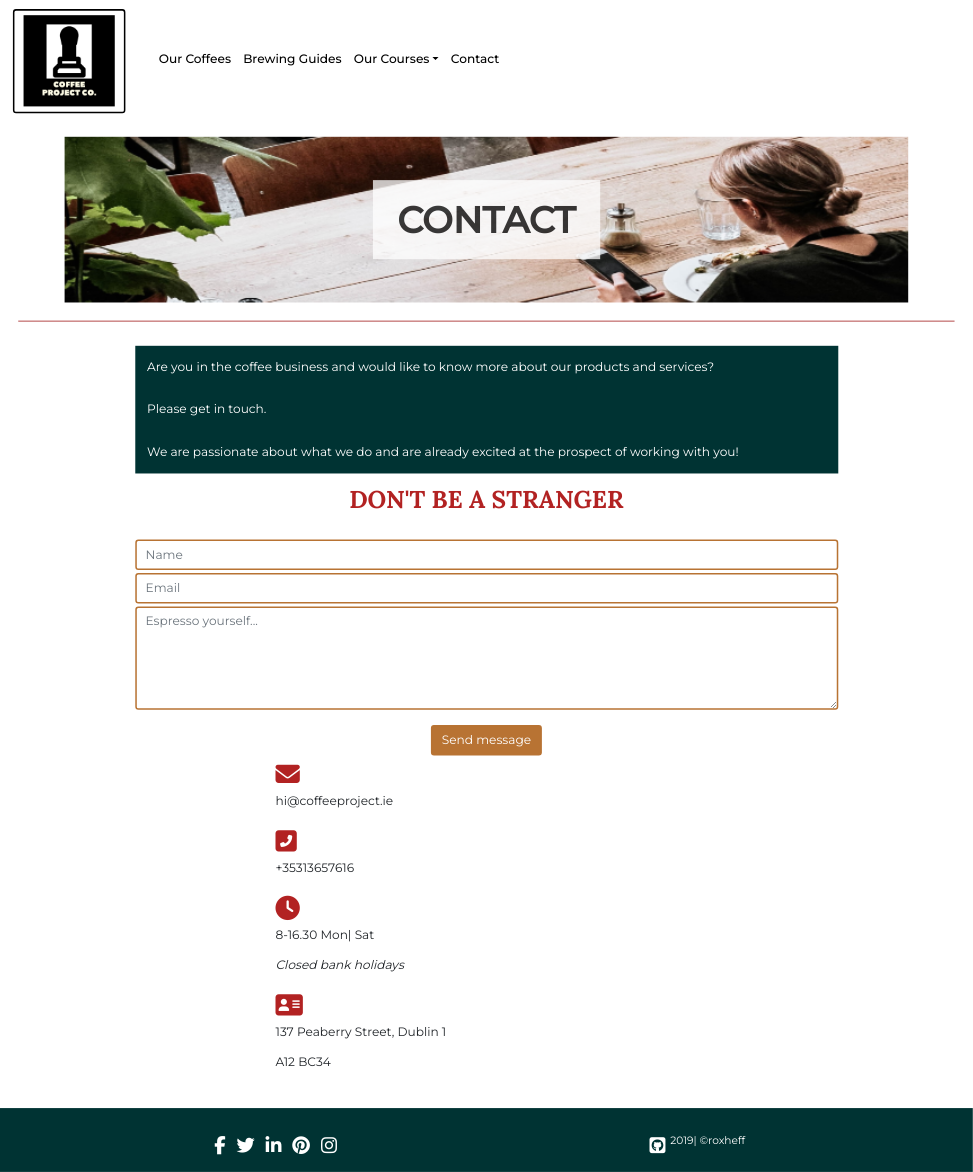
Repository: roxanahefferon/M1
Page: contact.html
The author's editor kept a record of every edit. The page is drawn from the files as they stood at one moment, then again after the next edit.
The browser window is 1280 px wide. The pictures show the whole page, at 76% of full size.
Some web libraries are served in a nearby version.

Above is the page before.

### contact.html
<!DOCTYPE html>
<html lang="en">

<head>
    <meta charset="UTF-8">
    <meta name="viewport" content="width=device-width, initial-scale=1.0">
    <meta http-equiv="X-UA-Compatible" content="ie=edge">
    <link rel="stylesheet" href="https://maxcdn.bootstrapcdn.com/bootstrap/4.0.0/css/bootstrap.min.css" integrity="sha384-Gn5384xqQ1aoWXA+058RXPxPg6fy4IWvTNh0E263XmFcJlSAwiGgFAW/dAiS6JXm" crossorigin="anonymous">
    <script src="https://kit.fontawesome.com/877201db70.js" crossorigin="anonymous"></script>
    <link rel="stylesheet" href="assets/css/style.css" type="text/css" />
    <title>Coffee Project Co.</title>
</head>

<body>

    <header>

        <!-- navbar -->

        <nav class="navbar navbar-expand-sm navbar-light fixed-top"> <a class="navbar-brand" href="index.html"> <img src="./assets/images/coffee-project-logo.png" width="120" alt="coffeeproyect-logo"></a>
            <button class="navbar-toggler" type="button" data-toggle="collapse" data-target="#collapsibleNavbar">
    <span class="navbar-toggler-icon"></span>
  </button>
            <div class="collapse navbar-collapse " id="collapsibleNavbar">
                <ul class="navbar-nav">
                    <li class="nav-item">
                        <a class="nav-link" href="coffees.html">Our Coffees</a>
                    </li>
                    <li class="nav-item">
                        <a class="nav-link" href="brewing.html">Brewing Guides</a>
                    </li>
                    <li class="nav-item dropdown">
                        <a class="nav-link dropdown-toggle" href="#" id="navbardrop" data-toggle="dropdown">Our Courses</a>
                        <div class="dropdown-menu">
                            <a class="dropdown-item" href="intro.html">Intro to coffee</a>
                            <a class="dropdown-item" href="barista-sca.html">Barista SCA</a>
                            <a class="dropdown-item" href="brewing-sca.html">Brewing SCA</a>
                        </div>
                    </li>
                    <li class="nav-item">
                        <a class="nav-link" href="contact.html">Contact</a>
                    </li>
                </ul>
            </div>
        </nav>

    </header>

    <!-- heading -->

    <div class="container main-container">
        <div class="container headers-landing">
            <div class="row">
                <div class="col">
                    <img src="./assets/images/contact-us.jpg" alt="woman holding mobile phone image" width=100% height=auto>
                    <p class="ph-landing">Contact</p>
                </div>
            </div>
        </div>
    </div>
    <hr class="section-divider">

    <!-- heading text -->

    <div class="container">
        <div class="row no-gutters">
            <div class="col-10 offset-1 contact-form">
                <p>Are you in the coffee business and would like to know more about our products and services?</p>
                <p>Please get in touch.</p>
                <p>We are passionate about what we do and are already excited at the prospect of working with you!</p>
            </div>
        </div>
    </div>

    <!-- form -->

    <div class="container">
        <div class="row no-gutters">
            <div class="col-10 offset-1">
                <h2 class="text-center form-heading uppercase">Don't be a stranger</h2>
                <form>
                    <input type="text" name="name" id="fullname" class="form-control" placeholder="Name" required />
                    <input type="email" name="email" id="emailaddress" class="form-control" placeholder="Email" required />
                    <textarea rows="5" name="message" id="message" class="form-control" placeholder="Espresso yourself..." required></textarea>
                    <div class="text-center">
                        <div class="col">
                            <button type="submit" class="btn my-button my-border">Send message</button>
                        </div>
                    </div>
                </form>
            </div>
        </div>
    </div>

    <!-- contact us -->

    <div class="container">
        <div class="row no-gutters">
            <div class="col-6 offset-3">
                <i class="fas fa-envelope fa-2x"></i>
                <p>hi@coffeeproject.ie</p>
                <i class="fas fa-phone-square-alt fa-2x"></i>
                <p>+35313657616</p>
                <i class="fas fa-clock fa-2x"></i>
                <p>8-16.30 Mon| Sat </p>
                <p><em>Closed bank holidays</em></p>
                <i class="fas fa-address-card fa-2x"></i>
                <p>137 Peaberry Street, Dublin 1</p>
                <p>A12 BC34</p>
            </div>
        </div>
    </div>

    <!-- footer -->

    <footer>
        <div class="footer">
            <div class="container">
                <div class="row no-gutters">
                    <div class="col-6 media d-inline-flex justify-content-center">
                        <ul class="list-inline">
                            <li class="list-inline-item footer-inline">
                                <a href="https://www.facebook.com/" target="_blank">
<i class="fab fa-facebook-f" aria-hidden="true"></i>
<span class="sr-only">Facebook</span>
</a>
                            </li>
                            <li class="list-inline-item footer-inline">
                                <a href="https://twitter.com/" target="_blank">
<i class="fab fa-twitter" aria-hidden="true"></i>
<span class="sr-only">Twitter</span></a>
                            </li>
                            <li class="list-inline-item footer-inline">
                                <a href="https://www.linkedin.com" target="_blank">
<i class="fab fa-linkedin-in" aria-hidden="true"></i>
<span class="sr-only">LinkedIn</span>
</a>
                            </li>
                            <li class="list-inline-item footer-inline">
                                <a href="https://www.pinterest.com/" target="_blank">
<i class="fab fa-pinterest" aria-hidden="true"></i>
<span class="sr-only">Pinterest</span>
</a>
                            </li>
                            <li class="list-inline-item footer-inline">
                                <a href="https://www.instagram.com/" target="_blank">
<i class="fab fa-instagram" aria-hidden="true"></i>
<span class="sr-only">Instagram</span>
</a>
                            </li>
                        </ul>
                    </div>
                    <div class="col-6 my-info d-inline-flex justify-content-center">
                        <a href="https://github.com/roxanahefferon" target="_blank"><i class="fab fa-github-square" aria-hidden="true"></i></a>
                        <span class="sr-only">Github</span><span>&nbsp;</span>
                        <p>2019| ©roxheff</p>
                    </div>
                </div>
            </div>
        </div>
    </footer>

    <script src="https://code.jquery.com/jquery-3.2.1.slim.min.js" integrity="sha384-KJ3o2DKtIkvYIK3UENzmM7KCkRr/rE9/Qpg6aAZGJwFDMVNA/GpGFF93hXpG5KkN" crossorigin="anonymous"></script>
    <script src="https://cdnjs.cloudflare.com/ajax/libs/popper.js/1.12.9/umd/popper.min.js" integrity="sha384-ApNbgh9B+Y1QKtv3Rn7W3mgPxhU9K/ScQsAP7hUibX39j7fakFPskvXusvfa0b4Q" crossorigin="anonymous"></script>
    <script src="https://maxcdn.bootstrapcdn.com/bootstrap/4.0.0/js/bootstrap.min.js" integrity="sha384-JZR6Spejh4U02d8jOt6vLEHfe/JQGiRRSQQxSfFWpi1MquVdAyjUar5+76PVCmYl" crossorigin="anonymous"></script>
</body>

</html>

### assets/css/style.css
@import url('https://fonts.googleapis.com/css?family=Lora:100,200,300,400,500,600,700|Montserrat:100,200,300,400,500&display=swap');

body {
    margin: 0;
    padding: 0;
    font-family: "Montserrat", sans-serif;
}

/* all pages */

.main-container {
    margin-top: 180px;
    padding: 0;
}

.section-divider {
    background-color: #b22222;
    margin: 1.5rem;
}

.uppercase {
    text-transform: uppercase;
}

/* buttons */

.my-button {
    margin-top: 1rem;
    background-color: #b87333;
    color: #fff;
}

.my-button:hover {
    background-color: #333333;
    color: #fff;
    border: 2px solid #333333;

}

/* borders */

.my-border {
    border: 2px solid #b87333;
    border-radius: 0.25rem;
}

/* headers */

.headers-landing {
    position: relative;
    text-align: center;
}

.ph-landing {
    position: absolute;
    top: 50%;
    left: 50%;
    transform: translate(-50%, -50%);
    padding: 1rem 2rem;
    color: #000;
    background-color: #fff;
    opacity: 0.75;
    text-transform: uppercase;
    font-weight: bold;
    font-size: 1rem;
}

/* all forms */

.form-heading {
    color: #b22222;
    font-family: "Lora", sans-serif;
    font-weight: bolder;
    text-transform: uppercase;
    margin-bottom: 2rem;
}

input[type=text],
input[type=email],
.form-control {
    color: #495057;
    border: 2px solid #b87333;
    border-radius: 0.25rem;
    width: 100%;
    margin-bottom: 0.25rem;
}

/* navbar */

.navbar-brand {
    margin-left: 0.05rem;
    margin-top: 0.25rem;
    border: solid 2px;
    border-color: #000;
    border-radius: 0.25rem;
    padding: .40rem .75rem;
}

.navbar-light {
    background-color: #fff;
}

.navbar fixed-top {
    position: fixed !important;
}

.navbar-brand:hover {
    border-color: #b87333;
}

.navbar .navbar-toggler {
    border: solid 2px;
    border-color: #000;
}

.navbar .navbar-toggler:hover {
    border-color: #b87333;
}

.dropdown a {
    font-weight: 500;
}

.navbar-nav a {
    font-weight: 500;
}

.dropdown-menu {
    border: solid 2px;
    color: #003333;
}

.dropdown-menu:hover {
    color: #b87333;
}

.navbar-collapse {
    margin-left: 20px;
}

.nav-item a {
    color: #000;
}

.navbar-light .navbar-nav .nav-link {
    color: #000;
}

.bgblack {
    background-color: #000;
    padding: 0;
}

/* jumbotron hero image */

.landing-container {
    background-image: url("https://i.imgur.com/kNQRjOg.png");
    background-position: center;
    background-repeat: no-repeat;
    background-size: cover;
    position: relative;
    -webkit-background-size: cover;
    -moz-background-size: cover;
    -o-background-size: cover;
    display: flex;
    align-items: center;
    justify-content: center;
}

h1 {
    color: #fff;
    text-align: center;
}

.jumbotron {
    background-color: rgba(0, 0, 0, 0.75);
}

.jumbotron p {
    color: #fff;
    font-size: 1rem;
    text-align: center;
}

.badge-light {
    background-color: #b22222;
    border: none;
    color: #fff;
    font-size: 1.5rem;
    margin-left: 0.25rem;
}

.badge-light:hover {
    background-color: #333333;
    border: none;
    color: #000;
}

.quote-landing {
    color: #b87333;
    text-align: center;
    font-family: "Lora", sans-serif;
    font-weight: 500;
    font-size: 1.2rem;
    margin-top: 1rem;
    padding: 5px;
}

.quote {
    margin-top: 1rem;
    margin-bottom: 1rem;
}

.quote i {
    color: #b22222;
    font-size: 2rem;
}

/* about us */

.about {
    color: #fff;
    font-weight: lighter;
    margin-bottom: 0.5rem;
    padding: 0.5rem 0;
    border-radius: 0.25rem;
}

.about p {
    margin: 1rem;
    text-align: center;
}

/* our-coffees-landing */

.our-coffees-landing {
    margin-top: 2rem;
    padding: 0;
}

.our-coffees-img {
    padding: 0;
    width: 100%;
    height: auto;
}

/* coffee-single */

.checked {
  color: #b22222;
}

.coffee-rating {
    margin-bottom: 0;
}

.inline-stars {
    padding-right: 3rem;
}

/* landing cards */

.card-header {
    background-color: #fff;
    color: #b87333;
    text-align: center;
}

.card-body {
    background-color: #fff;
}

.card-text {
    color: #333333;
    font-weight: lighter;
}

/* landing sca courses */

.sca-section {
    margin-top: 20px;
}

.sca-img {
    padding: 0;
    border: 2px solid;
    border-radius: 0.25rem;
}

/* brewing.html */

.brew-cards {
    background-color: #fff;
    border: 2px solid #b87333;
    border-radius: 0.25rem;
}

.brew-cards:hover {
    background-color: #fff;
    border: 2px solid #003333;
}

.brew-cards a {
    color: #000;
    text-decoration: none;
    background-color: #fff;
}

.brew-cards a:hover {
    font-size: 20px;
    font-weight: bold;
    color: #003333;
}

/* intro.html */

.sca-content {
    margin: 2rem;
    padding: 1rem;
}

/* quotes */

.media-quotes img{

}

/* footer */

.footer {
    background-color: #003333;
    color: #fff;
    font-size: 0.5rem;
    font-family: "Montserrat", sans-serif;
    margin-top: 2rem;
    padding-top: 2rem;
}

.fab {
    color: #fff;
    font-size: 14px;
}

.fab:hover {
    font-size: x-large;
}

.my-info p {
    font-size: 14px;
}

/* brewing guides (all .htmls) */

.brewing-container {
    padding: 1rem;
    background-color: #333333;
    color: #fff;
    border: 1px solid #669966;
    border-radius: 0.25rem;
}

.brewing-container h2 {
    font-family: "Lora", sans-serif;
}

.brewing-download {
    padding-top: 0.5rem;
    font-weight: bold;
    text-align: center;
}

.brewing-download a {
    text-decoration: none;
    color: #b22222;
}

/* contact.html */

.contact-us {
    margin-top: 2rem;
    padding: 0;
    background-color: #333333;
    color: #fff;
}

.contact-form {
    background-color: #003333;
    color: #fff;
    margin-top: 0.5rem;
    margin-bottom: 1rem;
    padding: 0;
}

.contact-form p {
    padding: 1rem;
    margin-bottom: 0;
}

.fas {
    color: #b22222;
    margin: 0.5rem 0;
}

/* media queries */

@media (min-width: 768px) {
    .quote-landing {
        font-size: 2.5rem;
    }
}

@media (min-width: 768px) {
    .footer {
        font-size: 1.5rem;
    }
    .fab {
        font-size: 1.5rem;
    }
    .ph-landing {
        font-size: 3rem;
    }
}

@media (max-width: 576px) {
    .carousel-inner img {
        width: 334px;
        height: 229px;
    }
    .navbar-brand img {
        max-height: 80px;
        max-width: 80px;
    }
    .main-container {
        margin-top: 140px;
    }
}

After the next edit:
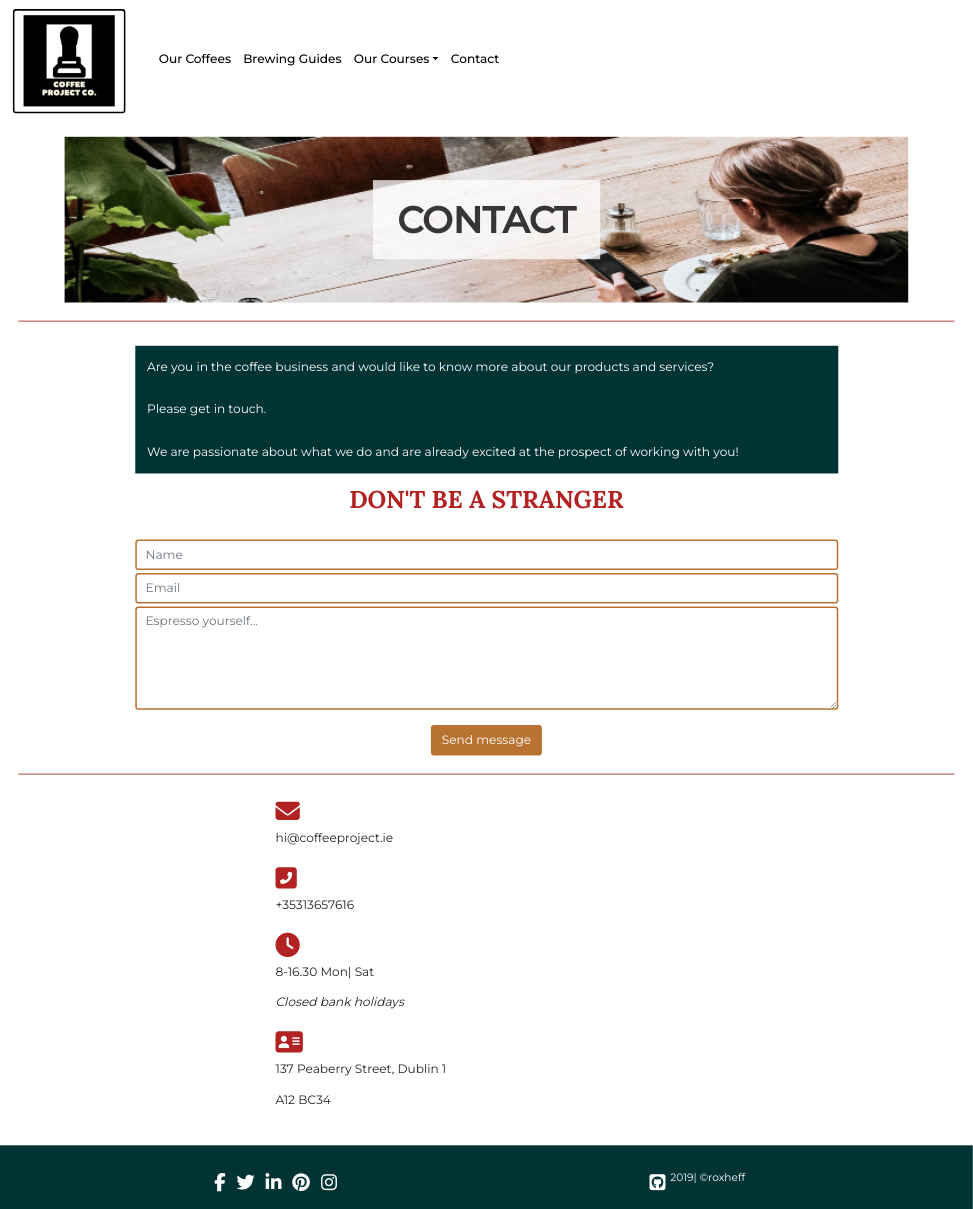
The edit:
--- a/contact.html
+++ b/contact.html
@@ -92,6 +92,8 @@
         </div>
     </div>
 
+<hr class="section-divider">
+
     <!-- contact us -->
 
     <div class="container">
